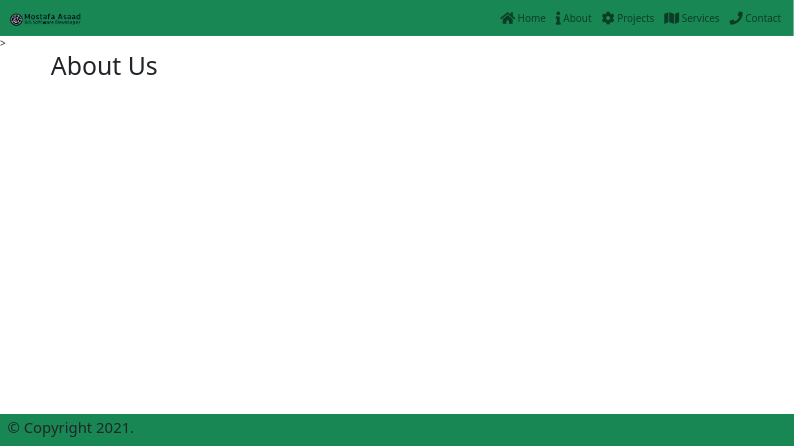
Repository: Mostafa-Asaad/Portfolio
Page: http://localhost/about
An editor plug-in stored every save of this project. The page is shown before and after the next save, followed by the edit.
The browser window is 1280 px wide. The pictures show the whole page, at 62% of full size.
The page is served by the project's Node server (index.js). Other server files are loaded and not shown.

Above is the page before, as saved 2021-06-04 18:17:06.

### Server/Views/index.ejs
<!DOCTYPE html>
<html lang="en">
<head>
  <meta charset="UTF-8">
  <meta http-equiv="X-UA-Compatible" content="IE=edge">
  <meta name="viewport" content="width=device-width, initial-scale=1.0">
  <title><%= title %></title>
  <!-- CSS Section -->
  <link rel="stylesheet" href="/bootstrap/dist/css/bootstrap.min.css">
  <link rel="stylesheet" href="/@fortawesome/fontawesome-free/css/all.min.css">
  <link rel="stylesheet" href="/Content/app.css">
</head>
<body>
  <!-- Navigation Section -->
 <header>
  <%- include('./components/header.ejs') %>
 </header>

  <!--Main Content-->>
  <main>
    <%- include('./content/' + page + '.ejs') %>
  </main>

  <!-- Bottom Nav -->
  <footer>
    <%- include('./components/footer.ejs') %>
  </footer>

  <!-- JavaScript Section -->
  <script src="/jquery/dist/jquery.min.js"></script>
  <script src="/bootstrap/dist/js/bootstrap.min.js"></script>
  <script src="/Scripts/app.js"></script>
</body>
</html>

### Server/Views/components/header.ejs
<nav class="navbar navbar-expand-lg navbar-light bg-success">
    <div class="container-fluid">
      <a class="navbar-brand" href="/home"><img src="/Client/Assets/images/Logo.png" width="120"></a>
      <button class="navbar-toggler" type="button" data-bs-toggle="collapse" data-bs-target="#navbarSupportedContent" aria-controls="navbarSupportedContent" aria-expanded="false" aria-label="Toggle navigation">
        <span class="navbar-toggler-icon"></span>
      </button>
      <div class="collapse navbar-collapse" id="navbarSupportedContent">
        <ul class="navbar-nav ms-auto mb-2 mb-lg-0">
          <li class="nav-item">
            <a class="nav-link" href="/home"><i class="fas fa-home fa-lg"></i> Home</a>
          </li>
          <li class="nav-item">
            <a class="nav-link" href="/about"><i class="fas fa-info fa-lg"></i> About</a>
          </li>
          <li class="nav-item">
            <a class="nav-link" href="/projects"><i class="fas fa-cog fa-lg"></i> Projects</a>
          </li>
          <li class="nav-item">
            <a class="nav-link" href="/services"><i class="fas fa-map fa-lg"></i> Services</a>
          </li>
          <li class="nav-item">
            <a class="nav-link" href="/contact"><i class="fas fa-phone fa-lg"></i> Contact</a>
          </li>
        </ul>
      </div>
    </div>
  </nav>

### Server/Views/content/about.ejs
<div class="container">
    <h1>About Us</h1>
</div>

### Server/Views/components/footer.ejs
<nav class="navbar fixed-bottom navbar-success bg-success">
    <div class="container-fluid">
      <h4>&copy; Copyright 2021.</h4>
    </div>
  </nav>

### index.js
#!/usr/bin/env node
"use strict";
var __importDefault = (this && this.__importDefault) || function (mod) {
    return (mod && mod.__esModule) ? mod : { "default": mod };
};
Object.defineProperty(exports, "__esModule", { value: true });
const app_1 = __importDefault(require("./Server/Config/app"));
const debug_1 = __importDefault(require("debug"));
debug_1.default('week-4d:server');
const http_1 = __importDefault(require("http"));
let port = normalizePort(process.env.PORT || '3000');
app_1.default.set('port', port);
let server = http_1.default.createServer(app_1.default);
server.listen(port);
server.on('error', onError);
server.on('listening', onListening);
function normalizePort(val) {
    let port = parseInt(val, 10);
    if (isNaN(port)) {
        return val;
    }
    if (port >= 0) {
        return port;
    }
    return false;
}
function onError(error) {
    if (error.syscall !== 'listen') {
        throw error;
    }
    var bind = typeof port === 'string'
        ? 'Pipe ' + port
        : 'Port ' + port;
    switch (error.code) {
        case 'EACCES':
            console.error(bind + ' requires elevated privileges');
            process.exit(1);
            break;
        case 'EADDRINUSE':
            console.error(bind + ' is already in use');
            process.exit(1);
            break;
        default:
            throw error;
    }
}
function onListening() {
    let addr = server.address();
    let bind = typeof addr === 'string'
        ? 'pipe ' + addr
        : 'port ' + addr.port;
    debug_1.default('Listening on ' + bind);
}
//# sourceMappingURL=index.js.map

### Server/Routes/index.js
"use strict";
var __importDefault = (this && this.__importDefault) || function (mod) {
    return (mod && mod.__esModule) ? mod : { "default": mod };
};
Object.defineProperty(exports, "__esModule", { value: true });
const express_1 = __importDefault(require("express"));
const router = express_1.default.Router();
exports.default = router;
router.get('/', function (req, res, next) {
    res.render('index', { title: 'Home', page: 'home' });
});
router.get('/home', function (req, res, next) {
    res.render('index', { title: 'Home', page: 'home' });
});
router.get('/about', function (req, res, next) {
    res.render('index', { title: 'About Us', page: 'about' });
});
router.get('/projects', function (req, res, next) {
    res.render('index', { title: 'Our Projects', page: 'projects' });
});
router.get('/services', function (req, res, next) {
    res.render('index', { title: 'Our Services', page: 'services' });
});
router.get('/contact', function (req, res, next) {
    res.render('index', { title: 'Contact Us', page: 'contact' });
});
//# sourceMappingURL=index.js.map

### Client/Content/app.css
/* your custom css goes here */

### Client/Scripts/app.js
"use strict";
(function () {
    function Start() {
        console.log("App Started");
    }
    window.addEventListener("load", Start);
})();
//# sourceMappingURL=app.js.map

After the next save:
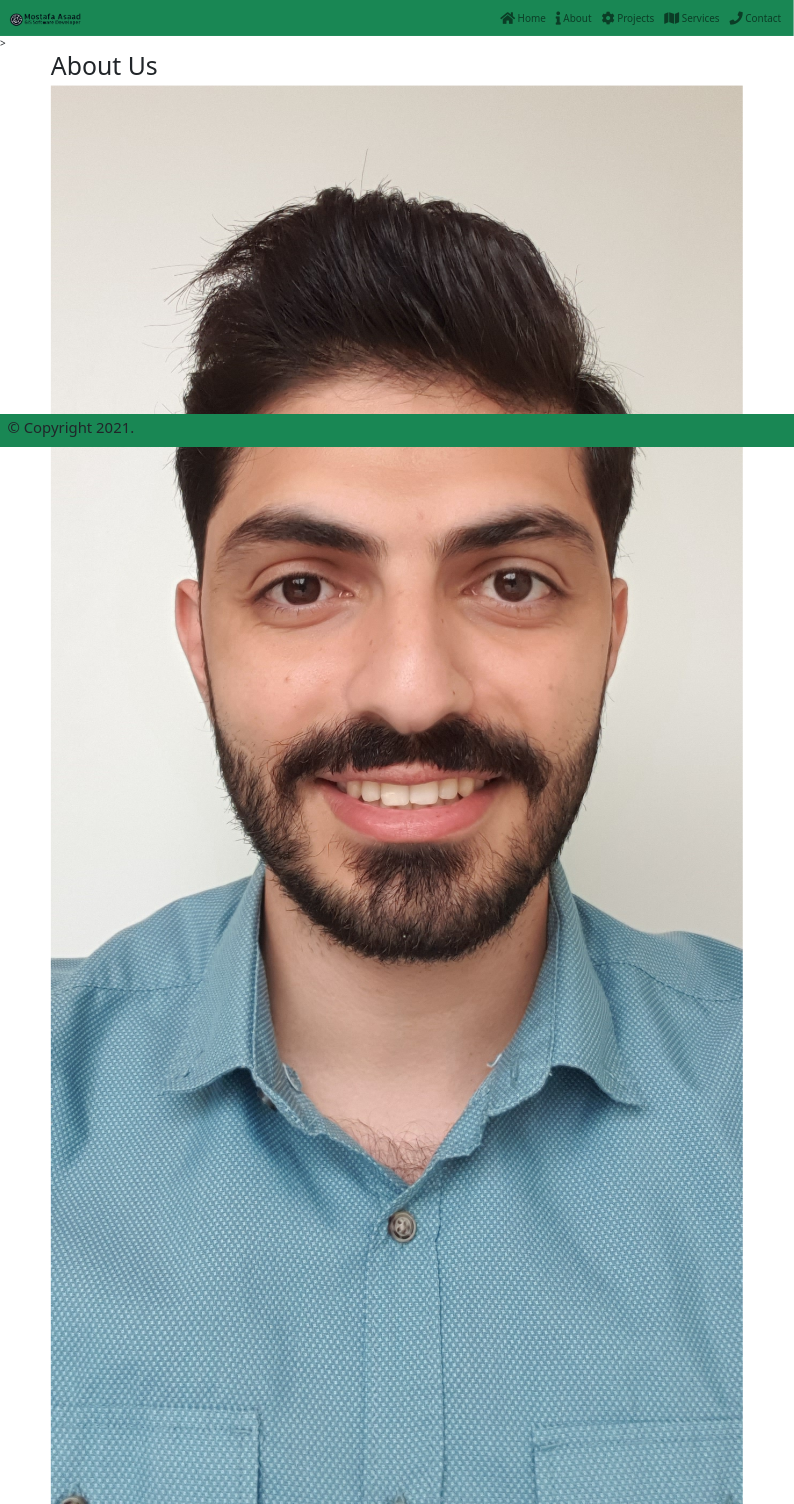
Saved 18 s later.
--- a/Server/Views/content/about.ejs
+++ b/Server/Views/content/about.ejs
@@ -1,3 +1,4 @@
 <div class="container">
     <h1>About Us</h1>
+    <img src="/Client/Assets/images/Portrait.jpg" class="img-fluid" alt="Responsive image">
 </div>
